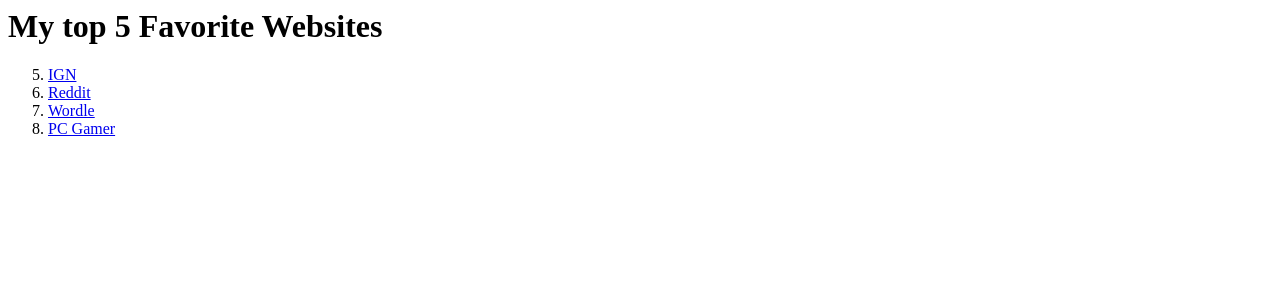
Repository: logan-lampton/python
Page: web-foundation/intermediate-html/anchor-elements.html
The author's editor kept a copy of each file at every save. The page is drawn from the files as they stood at one save, then again after the next save.
The browser window is 1280 px wide. The pictures show the whole page.

Above is the page before, as saved 2023-08-24 18:01:13.

### web-foundation/intermediate-html/anchor-elements.html
<h1>My top 5 Favorite Websites</h1>
<ol start="5">
  <li><a href="https://www.ign.com/">IGN</a></li>
  <li><a href="https://www.reddit.com/">Reddit</a></li>
  <li><a href="https://www.nytimes.com/games/wordle/index.html">Wordle</a></li>
  <li><a href="https://www.pcgamer.com/">PC Gamer</a></li>
</ol>

After the next save:
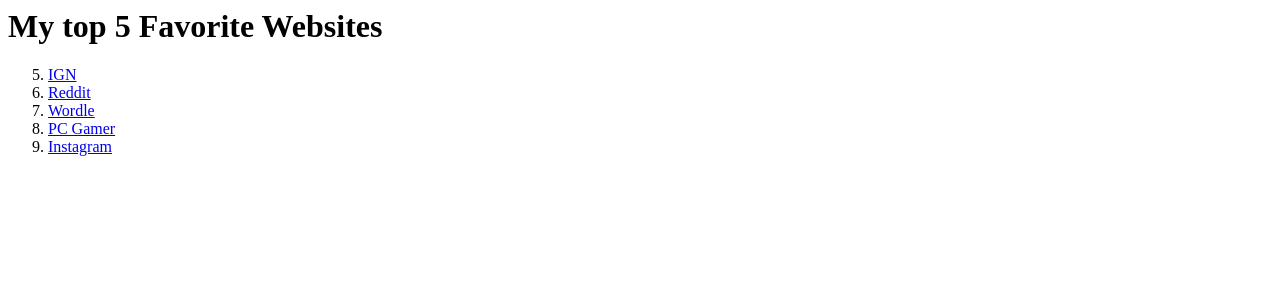
Saved 4 s later.
--- a/web-foundation/intermediate-html/anchor-elements.html
+++ b/web-foundation/intermediate-html/anchor-elements.html
@@ -4,4 +4,5 @@
   <li><a href="https://www.reddit.com/">Reddit</a></li>
   <li><a href="https://www.nytimes.com/games/wordle/index.html">Wordle</a></li>
   <li><a href="https://www.pcgamer.com/">PC Gamer</a></li>
+  <li><a href="https://www.instagram.com/">Instagram</a></li>
 </ol>
